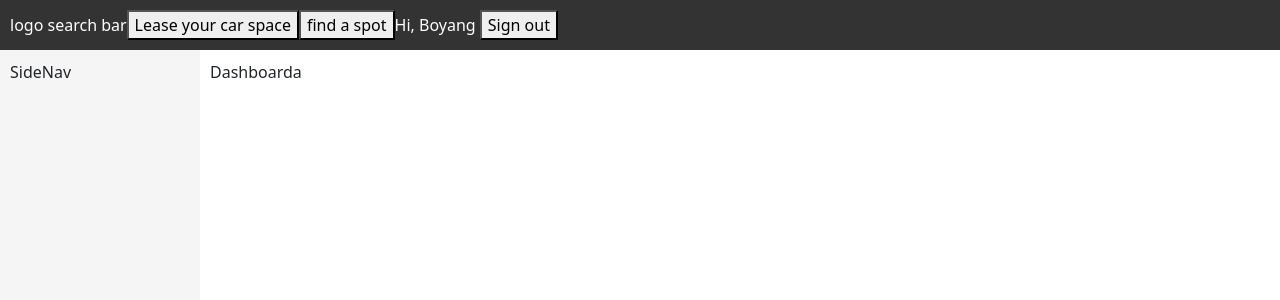
Repository: UNSWSpotFinder/SpotFinder
Page: /dashboard (app in frontend/)
These files come from the project's save history. The page is drawn as it stood at one moment and after a run of saves; the edit follows.
The browser window is 1280 px wide. The pictures show the whole page.
The project was rebuilt for these pictures with package versions that can differ from the ones it lists, and the page was loaded fresh each time. Also part of the build but not shown: frontend/src/HomePage.css, frontend/src/Login.css, frontend/src/Login.jsx, frontend/src/Regist.css, frontend/src/Regist.jsx, frontend/src/HomePage.jsx, frontend/src/App.css, frontend/src/components/Bookings.jsx and 3 more.

Above is the page before, as saved 2024-03-09 17:23:23.

### frontend/src/App.jsx
import logo from './logo.svg';
import React, {
  useState,
  useEffect,
  useRef,
  ChangeEvent,
  LabelHTMLAttributes,
  createContext,
  useContext,
  ReactNode,
} from 'react';
import {HomePageLarge,HomePageAdminSmall,HomePageAdminLarge,HomePageSmall} from './HomePage';
import { ErrorProvider, GlobalSnackbar, ErrorContext } from './API';
import { BrowserRouter, Routes, Route, Link } from 'react-router-dom';
import './App.css';

// 导入Dashboard相关页面组件
import DashboardTop from './components/DashboardTop';
import Dashboard from './components/Dashboard';
import Bookings from './components/Bookings';
import Listings from './components/Listings';
import Profile from './components/Profile';
import Messages from './components/Messages';

function App() {
  const [windowWidth, setWindowWidth] = useState(window.innerWidth);
  useEffect(() => {
    // 添加一个事件监听器，以便在窗口大小改变时更新windowWidth状态
    const handleResize = () => {
      setWindowWidth(window.innerWidth);
    };
    window.addEventListener('resize', handleResize);
    // 清除事件监听器以避免内存泄漏
    return () => {
      window.removeEventListener('resize', handleResize);
    };
  }, []);
  let layoutComponentHost;
  let LayoutComponentHome;
  let LayoutDetail;
  if (windowWidth > 760) {
    layoutComponentHost = null;
    LayoutComponentHome = <HomePageLarge/>;
    LayoutDetail = null;
  } else {
    layoutComponentHost = null;
    LayoutComponentHome = <HomePageSmall/>;;
    LayoutDetail = null;
  }
  return(
    <ErrorProvider>
      <GlobalSnackbar/>
        <BrowserRouter>
          <Routes>
            <Route path="/user/*" element={LayoutComponentHome} />
            {/* DashboardTop作为父路由 */}
            <Route path="/dashboard" element={<DashboardTop />}>
            {/* 在DashboardTop内部定义子路由 */}
            <Route index element={<Dashboard />} />
            <Route path="bookings" element={<Bookings />} />
            <Route path="listings" element={<Listings />} />
            <Route path="messages" element={<Messages />} />
            <Route path="profile" element={<Profile />} />
          </Route>
            {/* Keep the wildcard route to catch all and render Home */}
            <Route path="/*" element={LayoutComponentHome} />
          </Routes>
        </BrowserRouter>
    </ErrorProvider>
  )
}

export default App;

### frontend/src/API.jsx
import Alert from '@mui/material/Alert';
import Snackbar from '@mui/material/Snackbar';
import Button from '@mui/material/Button';
import Stack from '@mui/material/Stack';
import React, { useState, useEffect, createContext,useContext } from 'react';

import { styled } from '@mui/material';
const port = '8080';
export const meetErrorLog = (error) => {
    console.log(error);
    let errorText = '';
    // switch case to show the error
    switch (error) {
      case 'info':
        errorText = 'Invalid username or password !';
        break;
      case 'access':
        errorText = 'No permission, please log in first!';
        break;
      default:
        errorText = 'Network error! Please try again.';
        break;
    }
    return errorText;
  };
export const ErrorContext = createContext({
    snackbarData: { severity: 'info', message: '1',timestamp: new Date().getTime()},
    setOpenSnackbar: () => {}, // 提供一个空函数避免调用时出错
  });
export const useError = () => useContext(ErrorContext);
export const ErrorProvider = ({ children }) => {
  const [snackbarData, setSnackbarData] = useState({
    severity: 'success',
    message: '',
    timestamp: new Date().getTime()
  });
  const setOpenSnackbar = (data) => {
    setSnackbarData(data);
  };
  return (
    <ErrorContext.Provider value={{snackbarData,setOpenSnackbar}}>
      {children}
    </ErrorContext.Provider>
  );
};
// The message to be displayed in the Snackbar
export const GlobalSnackbar = () => {
const { snackbarData, setOpenSnackbar } = useError();
// State to manage the visibility of the Snackbar
const [open, setOpen] = useState(false);
  useEffect(() => {
    console.log('Alert severity:', snackbarData.severity);
    console.log('Alert :', snackbarData.message);
    if (snackbarData.message) {
      setOpen(true);
    }
  }, [snackbarData.message, snackbarData.timestamp]);

  const handleClose = (event, reason) => {
    if (reason === 'clickaway') {
      return;
    }
    setOpen(false);
  };

return (
    // Snackbar component with automatic hiding and custom styling
    <Snackbar open={open} autoHideDuration={6000} onClose={handleClose}>
        <Alert onClose={handleClose} severity={snackbarData.severity}>
        {snackbarData.message}
        </Alert>
  </Snackbar>
);
};
export const callAPIsendEmailCode = (path,input)=>{
    return new Promise((resolve, reject) =>{
        fetch('http://localhost:'+String(port)+'/'+String(path),{
        method:'POST',
        headers: { 'Content-Type': 'application/json' },
        body:JSON.stringify(input),
        })
        .then((response)=>{
            if(response.ok){
                console.log('success');
                console.log(response);
                return resolve(response);
            }
            else if (response.status===400){
                const errorReason = 'Email not correct!';
                return reject(errorReason);
            }
            else{
                const errorReason = 'There is a problem with the network connection!';
                return reject(errorReason);
            }
        })
        .catch((error)=>{
            console.log(error);
        })
    })

}
export const callAPIverifyEmailCode = (path,input)=>{
    return new Promise((resolve, reject) =>{
        console.log(input);
        console.log('http://localhost:'+String(port)+'/'+String(path));
        fetch('http://localhost:'+String(port)+'/'+String(path),{
        method:'POST',
        headers: { 'Content-Type': 'application/json' },
        body:JSON.stringify(input),
        })
        .then((response)=>{
            if(response.ok){
                console.log('success');
                return resolve(response.json());
            }
            else if (response.status===400){
                const errorReason = 'Incorrect verification code.';
                return reject(errorReason);
            }
            else{
                const errorReason = 'There is a problem with the network connection!';
                return reject(errorReason);
            }
        })
        .catch((error)=>{
            console.log(error);
        })
    })

}
export const callAPIloginUser=(path,input)=>{

}
// 用户注册
export const callAPIRegistUser=(path,input)=>{
     return new Promise((resolve, reject) =>{
        console.log(input);
        console.log('http://localhost:'+String(port)+'/'+String(path));
        fetch('http://localhost:'+String(port)+'/'+String(path),{
        method:'POST',
        headers: { 'Content-Type': 'application/json' },
        body:JSON.stringify(input),
        })
        .then((response)=>{
            if(response.ok){
                console.log('success');
                return resolve(response.json());
            }
            else if (response.status===417){
                const errorReason = 'This email has been registed!';
                return reject(errorReason);
            }
            else{
                const errorReason = 'There is a problem with the network connection!';
                return reject(errorReason);
            }
        })
        .catch((error)=>{
            console.log(error);
        })
    })
}
// 用户登录
export const callAPILoginUser=(path,input)=>{
    return new Promise((resolve, reject) =>{
       console.log(input);
       console.log('http://localhost:'+String(port)+'/'+String(path));
       fetch('http://localhost:'+String(port)+'/'+String(path),{
       method:'POST',
       headers: { 'Content-Type': 'application/json' },
       body:JSON.stringify(input),
       })
       .then((response)=>{
           if(response.ok){
               console.log('success');
               return resolve(response.json());
           }
           else if (response.status===401){
               const errorReason = 'Username does not exist or password is incorrect!';
               return reject(errorReason);
           }
           else{
               const errorReason = 'There is a problem with the network connection!';
               return reject(errorReason);
           }
       })
       .catch((error)=>{
           console.log(error);
       })
   })
}
// 密码修改
export const callAPIResetPwdUser=(path,input)=>{
    return new Promise((resolve, reject) =>{
       console.log(input);
       console.log('http://localhost:'+String(port)+'/'+String(path));
       fetch('http://localhost:'+String(port)+'/'+String(path),{
       method:'POST',
       headers: { 'Content-Type': 'application/json' },
       body:JSON.stringify(input),
       })
       .then((response)=>{
           if(response.ok){
               console.log('success');
               return resolve(response.json());
           }
           else if (response.status===401){
               const errorReason = 'Username does not exist or password is incorrect!';
               return reject(errorReason);
           }
           else{
               const errorReason = 'There is a problem with the network connection!';
               return reject(errorReason);
           }
       })
       .catch((error)=>{
           console.log(error);
       })
   })
}

### frontend/src/components/DashboardTop.jsx
import React from 'react';
import { Outlet } from 'react-router-dom';
import './DashboardTop.css';

const DashboardTop = () => {
  return (
    <div className="dashboard-top">
      <div className="top-nav">
        <span>logo </span>
        <span>search bar</span>
        <button>Lease your car space</button>
        <button>find a spot</button>
        <span>Hi, </span>
        <span>Boyang </span>
        <button>Sign out</button>
      </div>
      <div className="content-area">
        <div className="side-nav">SideNav</div>
        <div className="main-content">
          <Outlet />
        </div>
      </div>
    </div>
  );
};

export default DashboardTop;

### frontend/src/components/Dashboard.jsx
import React from 'react';
import DashboardTop from './DashboardTop';

const Dashboard = () => {
  // 组件的状态和逻辑

  return (
    <div className='Dashboard'>
      {/* 组件的JSX结构 */}
      Dashboarda
    </div>
  );
}

export default Dashboard;

### frontend/src/components/DashboardTop.css
/* DashboardTop.css */

/* 整体布局 */
.dashboard-top {
    display: flex;
    flex-direction: column;
    height: 100vh; /* 使布局填满整个视口高度 */
  }

  /* 顶部导航样式 */
  .top-nav {
    background-color: #333; /* 暗色背景 */
    color: #fff; /* 白色文字 */
    padding: 10px; /* 内边距 */
  }

  /* 内容区域样式，包含侧边导航和主内容区 */
  .content-area {
    display: flex;
    flex-grow: 1; /* 占据剩余空间 */
  }

  /* 侧边导航样式 */
  .side-nav {
    background-color: #f5f5f5; /* 浅色背景 */
    width: 200px; /* 定宽 */
    padding: 10px; /* 内边距 */
  }

  /* 主内容区域样式 */
  .main-content {
    flex-grow: 1; /* 占据剩余空间 */
    padding: 10px; /* 内边距 */
  }

Loaded but not shown: frontend/public/index.html (common file); frontend/src/index.js (common file); frontend/src/index.css (common file); frontend/src/reportWebVitals.js (common file)

After the next 2 saves:
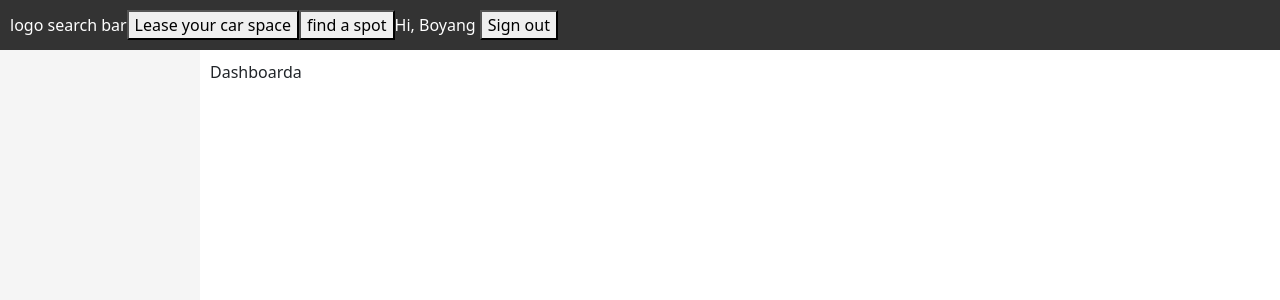
The 2 saves are shown as one change because they came seconds apart.
The last was saved 12 s later.
--- a/frontend/src/components/DashboardTop.jsx
+++ b/frontend/src/components/DashboardTop.jsx
@@ -15,7 +15,9 @@ const DashboardTop = () => {
         <button>Sign out</button>
       </div>
       <div className="content-area">
-        <div className="side-nav">SideNav</div>
+        <div className="side-nav">
+          <div></div>
+        </div>
         <div className="main-content">
           <Outlet />
         </div>
